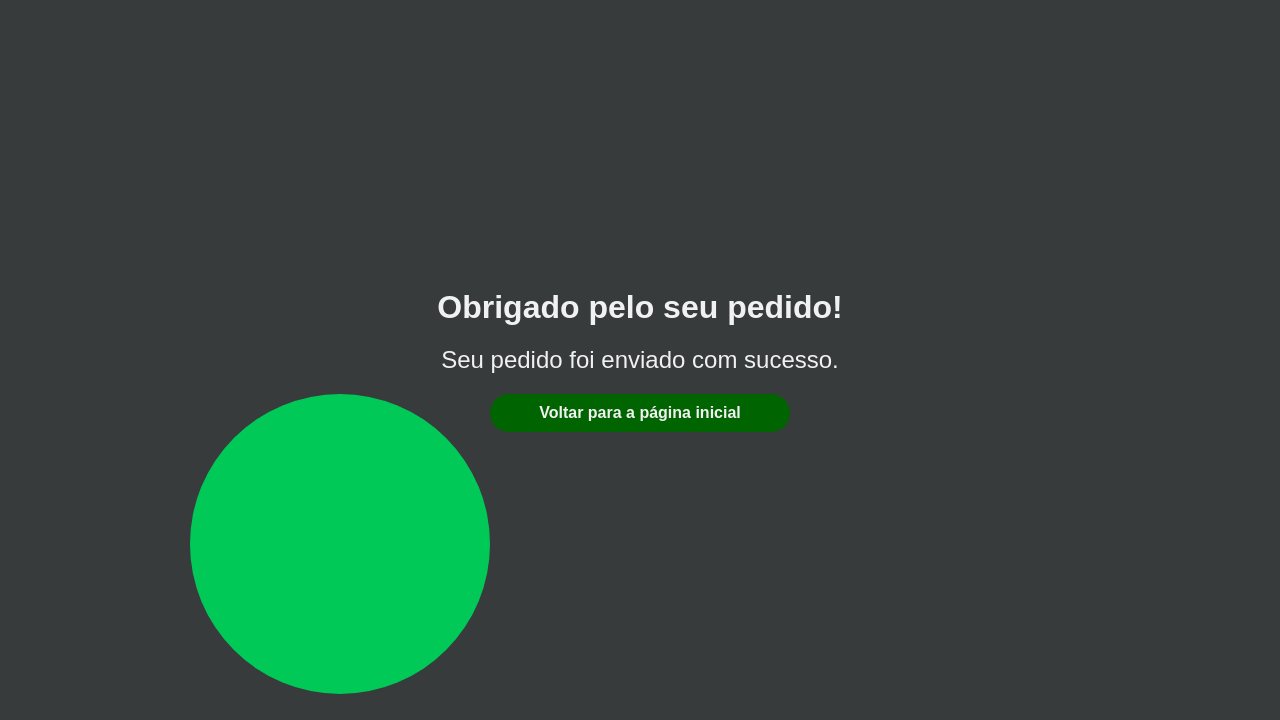
Repository: Marinalr-25/Projeto-Aparelhos-de-Academia
Page: thanks.html
An editor plug-in stored every save of this project. The page is shown before and after the next save, followed by the edit.
The browser window is 1280 px wide. The pictures show the whole page.

Above is the page before, as saved 2025-01-14 14:28:10.

### thanks.html
<!DOCTYPE html>
<html lang="en">
  <head>
    <meta charset="UTF-8" />
    <meta name="viewport" content="width=device-width, initial-scale=1.0" />
    <link rel="stylesheet" href="css/thanks.css" />
    <link rel="stylesheet" href="css/temas.css" />
    <title>Obrigada!</title>
  </head>

  <style>
    a {
      font-size: 20px;
    }
  </style>
  <body>
    <h1 class="h1">Obrigado pelo seu pedido!</h1>
    <p class="paragrafo">Seu pedido foi enviado com sucesso.</p>
    <button class="button" onclick="window.location.href='telaPrincipal.html'">
      Voltar para a página inicial
    </button>
  </body>
</html>

### css/thanks.css
* {
  margin: 0;
  padding: 0;
  box-sizing: border-box;
}

html {
  font-size: 62.5%;
}

body {
  font-family: 'Montserrat', sans-serif;
  background-color: #373b3c;
  color: #f1f1f1;
  display: flex;
  flex-direction: column;
  justify-content: center;
  align-items: center;
  gap: 2rem;
  height: 100svh;
}

.h1 {
  font-size: 3.2rem;
}
.paragrafo {
  font-size: 2.4rem;
}

.button {
  outline: none;
  border: none;
  padding: 1rem 2rem;
  border-radius: 5rem;
  font-size: 1.6rem;
  font-weight: 600;
  background-color: var(--cor-fundo);
  color: var(--clara);
  position: relative;
  cursor: pointer;
  width: 30rem;
  /* overflow: hidden; */
  transition: 0.3s;

  &:hover::before {
    transition-duration: 0.3s;
    transform: translate(100%, -50%);
    border-radius: 0;
  }

  &:active {
    transform: translate(5px, 5px);
    transition-duration: 0.3s;
  }

  &::before {
    content: '';
    width: 30rem;
    height: 30rem;
    position: absolute;
    background-color: var(--cor-texto);
    color: var(--cor-fundo);
    left: -100%;
    top: 0;
    border-radius: 50%;
  }
}

### css/temas.css
:root {
  --cor-fundo: #006400;
  --cor-texto: #00c957;
  --verde-primario: #006400;
  --verde-secundario: #00c957;
  --azul-primario: #0d6bb2;
  --azul-secundario: #83e3ff;
  --rosa-primario: #ae2478;
  --rosa-secundario: #eed3e4;
  --vermelho-primario: #a50000;
  --vermelho-secundario: #e4b2b2;
  --roxo-primario: #4c4c99;
  --roxo-secundario: #c9c9e0;
  --laranja-primario: #ff6c37;
  --laranja-secundario: #ffd2c3;
}

.pop-up-temas {
  display: none;
  opacity: 0;
  transition: opacity 0.3s ease, transform 0.3s ease;
  &.aberto {
    display: flex;
    position: fixed;
    top: 50%;
    left: 50%;
    transform: translate(-50%, -50%);
    opacity: 1;
    height: 18rem;
    background-color: rgba(0, 0, 0, 0.95);
    border-radius: 1.5rem;

    & .container {
      display: flex;
      justify-content: center;
      align-items: center;
      gap: 1rem;
      flex-direction: row;
      padding: 2rem;
      max-width: 65rem;
      position: relative;

      & .bolinha {
        width: 4rem;
        height: 4rem;
        margin: 0.5rem;
        border-radius: 50%;

        &.verde {
          background: linear-gradient(
            to right,
            var(--verde-primario) 50%,
            var(--verde-secundario) 50%
          );
        }
        &.azul {
          background: linear-gradient(
            to right,
            var(--azul-primario) 50%,
            var(--azul-secundario) 50%
          );
        }

        &.rosa {
          background: linear-gradient(
            to right,
            var(--rosa-primario) 50%,
            var(--rosa-secundario) 50%
          );
        }
        &.vermelho {
          background: linear-gradient(
            to right,
            var(--vermelho-primario) 50%,
            var(--vermelho-secundario) 50%
          );
        }
        &.roxo {
          background: linear-gradient(
            to right,
            var(--roxo-primario) 50%,
            var(--roxo-secundario) 50%
          );
        }
        &.laranja {
          background: linear-gradient(
            to right,
            var(--laranja-primario) 50%,
            var(--laranja-secundario) 50%
          );
        }
      }
      & .icone-fechar {
        display: block;
        position: absolute;
        top: 0;
        right: 0;
        color: var(--cor-fundo);
        z-index: 10001;
        width: 5rem;
        height: 5rem;
      }
    }
  }
}

After the next save:
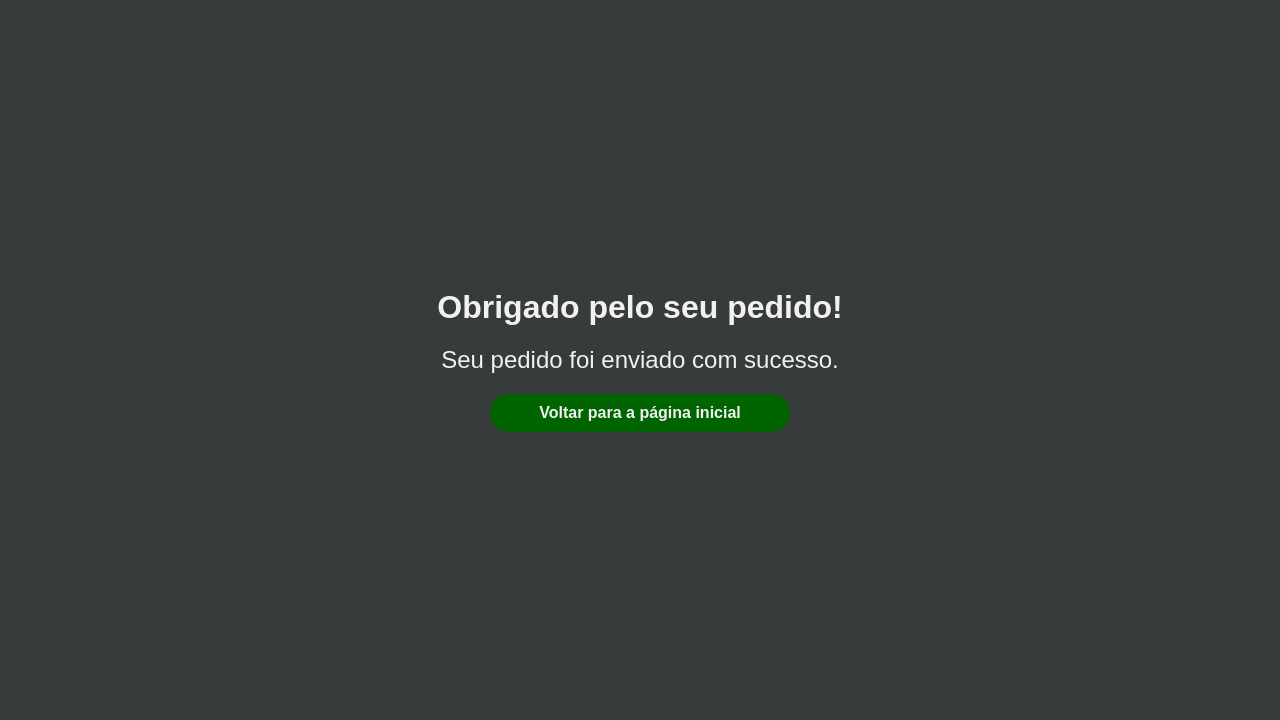
Saved 17 s later.
--- a/css/thanks.css
+++ b/css/thanks.css
@@ -39,7 +39,7 @@ body {
   position: relative;
   cursor: pointer;
   width: 30rem;
-  /* overflow: hidden; */
+  overflow: hidden;
   transition: 0.3s;
 
   &:hover::before {
